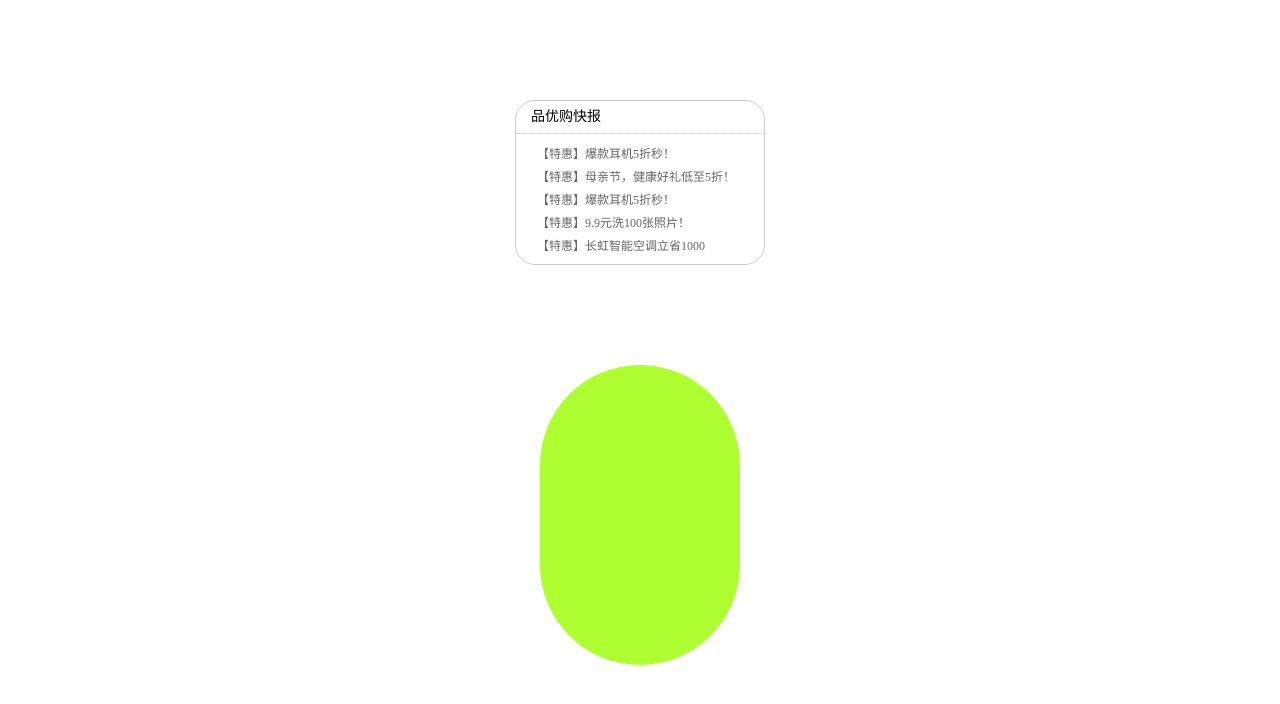
Repository: TheBestBadGuy0228/code
Page: 快报模块.html
These files come from the project's save history. The page is drawn as it stood at one moment and after the next save; the edit follows.
The browser window is 1280 px wide. The pictures show the whole page.

Above is the page before, as saved 2021-12-08 14:26:26.

After the next save:
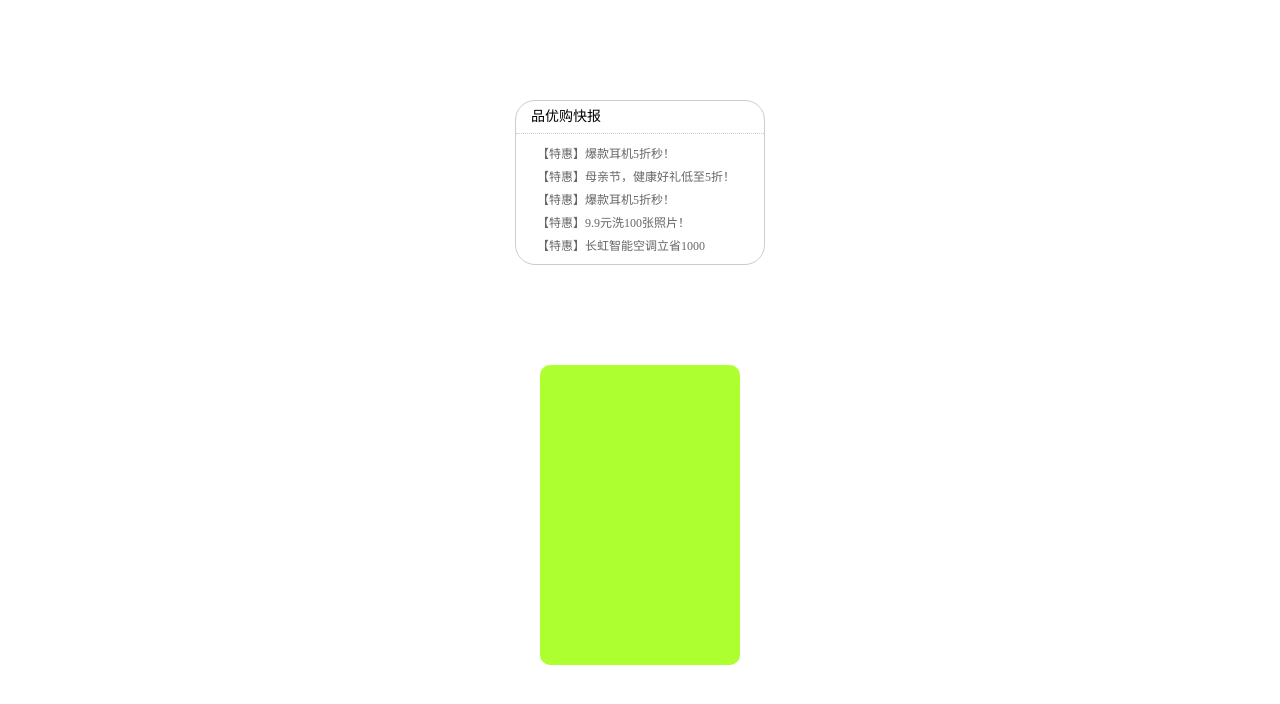
Saved 14 s later.
--- a/快报模块.html
+++ b/快报模块.html
@@ -87,7 +87,7 @@
             /* 四个值对应左上右上右下左下(顺时针) */
             /* border-radius: 10px 20px 30px 40px; */
             /* 设置圆形可采用百分比写法 */
-            border-radius: 200px;
+            border-radius: 10px;
             margin: 0 auto;
         }
     </style>

After the save that followed:
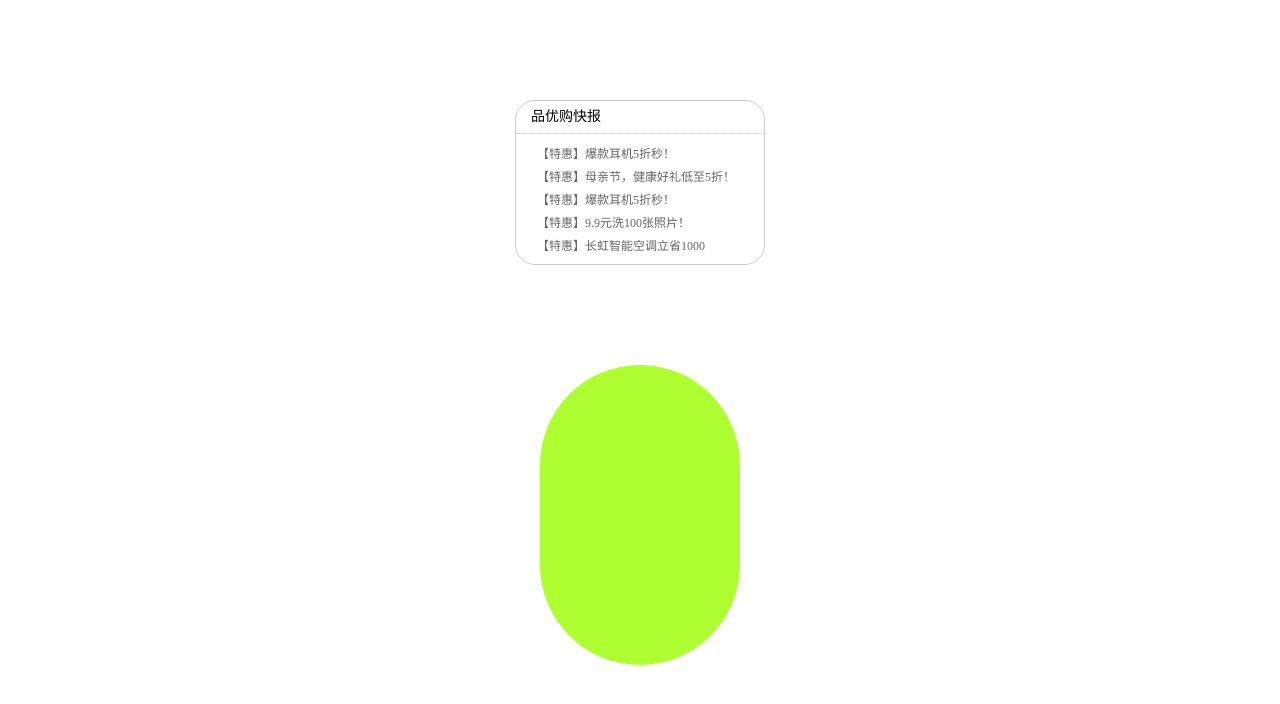
Saved 7 s later.
--- a/快报模块.html
+++ b/快报模块.html
@@ -87,7 +87,7 @@
             /* 四个值对应左上右上右下左下(顺时针) */
             /* border-radius: 10px 20px 30px 40px; */
             /* 设置圆形可采用百分比写法 */
-            border-radius: 10px;
+            border-radius: 100px;
             margin: 0 auto;
         }
     </style>
